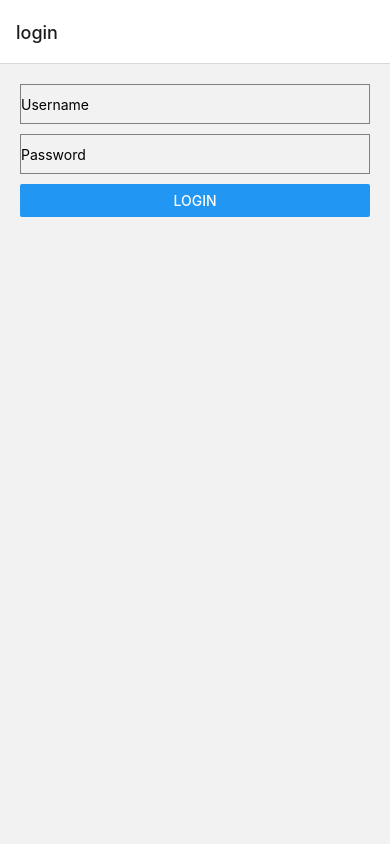
Repository: RidenShogunei/reactnative--make-an-app
Screen: / (app in Myapp/)
These files come from the project's save history. The screen is drawn as it stood at one moment and after the next save; the edit follows.
The app was drawn by React Native's web renderer in a window 390 px wide. The project was rebuilt for these pictures with package versions that can differ from the ones it lists, and the page was loaded fresh each time. Also part of the build but not shown: Myapp/pages/register.jsx.

Above is the screen before, as saved 2024-04-20 19:06:19.

After the next save:
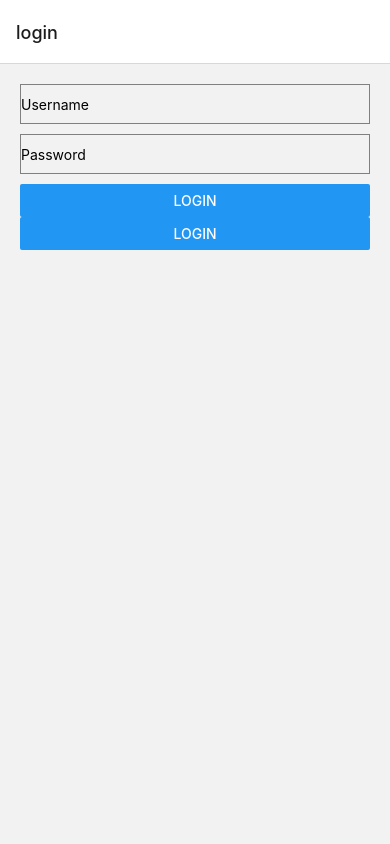
Saved 12 s later.
--- a/Myapp/pages/login.jsx
+++ b/Myapp/pages/login.jsx
@@ -27,6 +27,7 @@ const Login = ({ navigation }) => {
         onChangeText={setPassword}
       />
       <Button title="Login" onPress={handleLogin} />
+      <Button title="Login" onPress={handleLogin} />
     </View>
   );
 };
